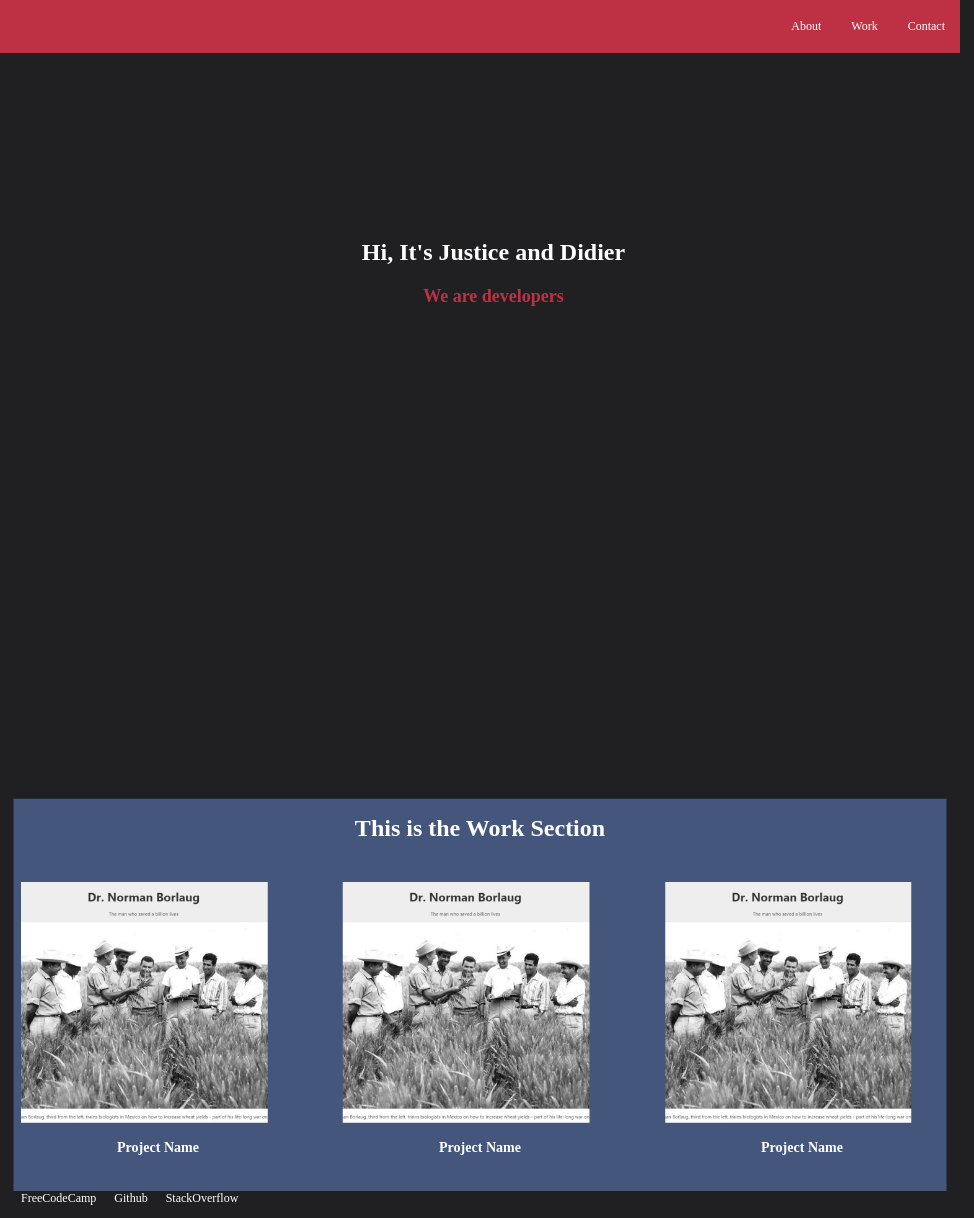
Repository: justicebhekani88/microverse_portfolio_project
Page: index.html
These files come from the project's save history. The page is drawn as it stood at one moment and after the next save; the edit follows.
The browser window is 1280 px wide. The page is 1298 px wide, so the pictures cover 1298 px, including what lies to the right of the window. The pictures show the whole page, at 75% of full size.

Above is the page before, as saved 2022-07-21 15:31:53.

### index.html
<!DOCTYPE html>
<html lang="en">

<head>
    <meta charset="UTF-8">
    <meta http-equiv="X-UA-Compatible" content="IE=edge">
    <meta name="viewport" content="width=device-width, initial-scale=1.0">
    <link rel="stylesheet" href="style.css">
    <title>Portfolio Project</title>
</head>

<body>
    <nav id="navbar">
        <ul id="nav-list">
            <li><a href="#welcome-section">About</a></li>
            <li><a href="#projects">Work</a></li>
            <li><a href="#contact">Contact</a></li>
        </ul>
    </nav>
    <div id="main">
        <section id="welcome-section">
            <div id="welcome-text">
                <h1>Hi, It's Justice and Didier</h1>
                <h2>We are developers</h2>
            </div>
        </section>
        <section id="projects">
            <h1 id="header">This is the Work Section</h1>
            <div id="projects-display">
            <div class="project-tile">
                <a href="">
                    <div>
                        <img src="project.png" alt="Project Image">
                        <h3>Project Name</h3>
                    </div>
                </a>
            </div>
            <div class="project-tile">
                <a href="">
                    <div>
                        <img src="project.png" alt="Project Image">
                        <h3>Project Name</h3>
                    </div>
                </a>
            </div>
            <div class="project-tile">
                <a href="">
                    <div>
                        <img src="project.png" alt="Project Image">
                        <h3>Project Name</h3>
                    </div>
                </a>
            </div>
            </div>
        </section>
        <section>
            <a href="#" id="profile-link" target="_blank">FreeCodeCamp</a>
            <a href="#" id="profile-link" target="_blank">Github</a>
            <a href="#" id="profile-link" target="_blank">StackOverflow</a>
        </section>
    </div>

</body>

</html>

### style.css
body {
    background-color: #202022;
    overflow-x: hidden;
}

nav {
    color: white;
    display: flex;
    justify-content: flex-end;
    position: fixed;
    top: 0;
    left: 0;
    width: 100%;
    background: #BE3043;
}

#nav-list {
    display: flex;
}

li,
a {
    list-style: none;
    color: white;
    padding: 10px;
    text-decoration: none;
}

#welcome-section {
    width: 100vw;
    height: 100vh;
}

h1 {
    color: white;
    font-size: 2rem;
    text-align: center;
}

h2 {
    color: #BE3043;
    font-size: 1.5rem;
}

h3 {
    text-align: center;
}

#header {
    padding-top: 20px;
}

#welcome-text {
    margin: 300px 30%;
    text-align: center;
}

#projects {
    background: #45567D;
    justify-content: center;
}

#projects-display {
    display: grid;
    grid-template-columns: repeat(auto-fit, minmax(320px, 1fr));
    grid-gap: 4rem;
    padding: 10px;
}

img {
    width: 90%
}

@media only screen and (min-width: 600px) {
    #main {
        padding: 10px;
    }
}

/* @media only screen and (min-width: 1280px) {
    #main {
        padding: 40px;
    }
    nav {
        font-size: larger;
    }
} */

After the next save:
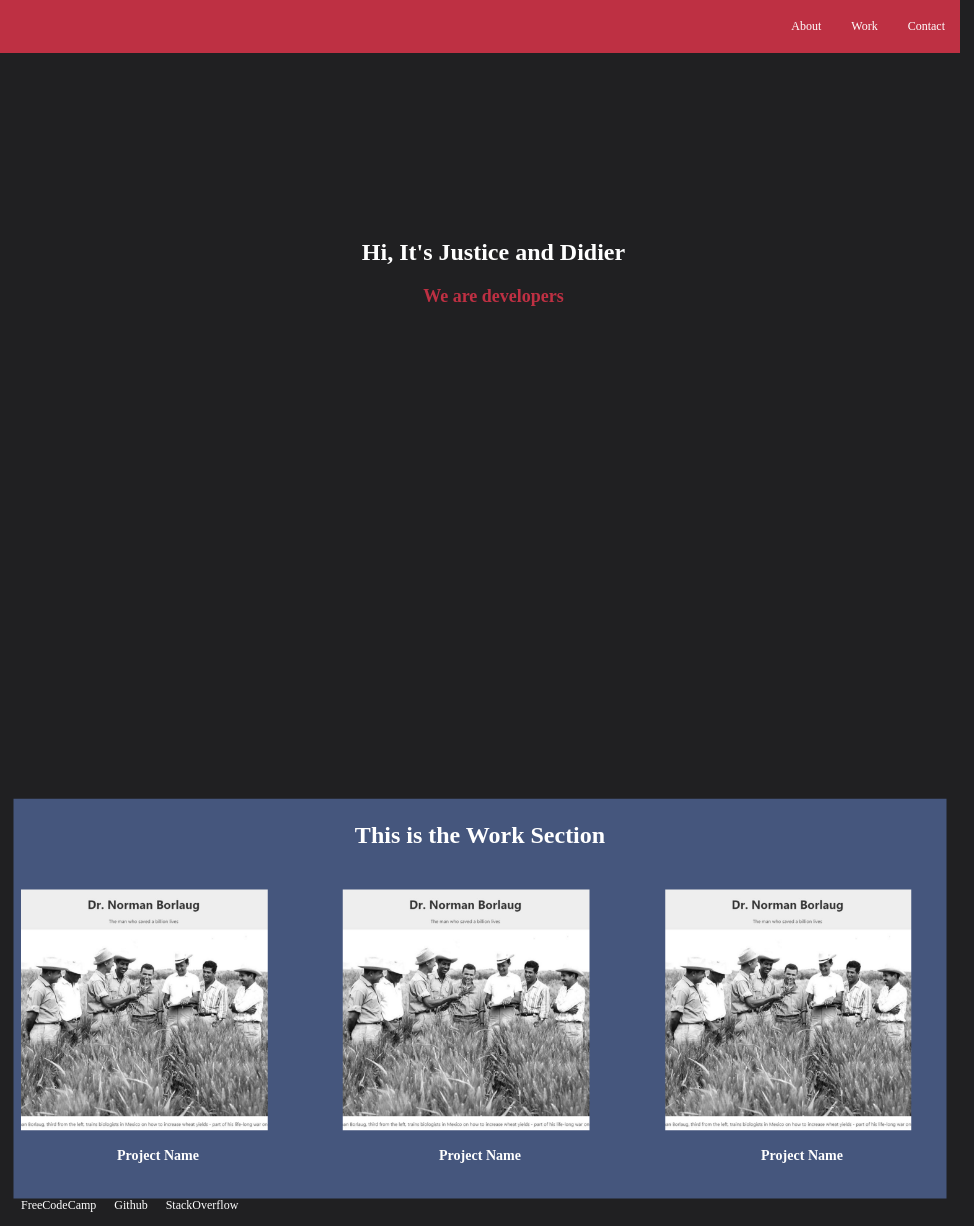
Saved 9 s later.
--- a/style.css
+++ b/style.css
@@ -47,7 +47,7 @@ h3 {
 }
 
 #header {
-    padding-top: 20px;
+    padding-top: 30px;
 }
 
 #welcome-text {
